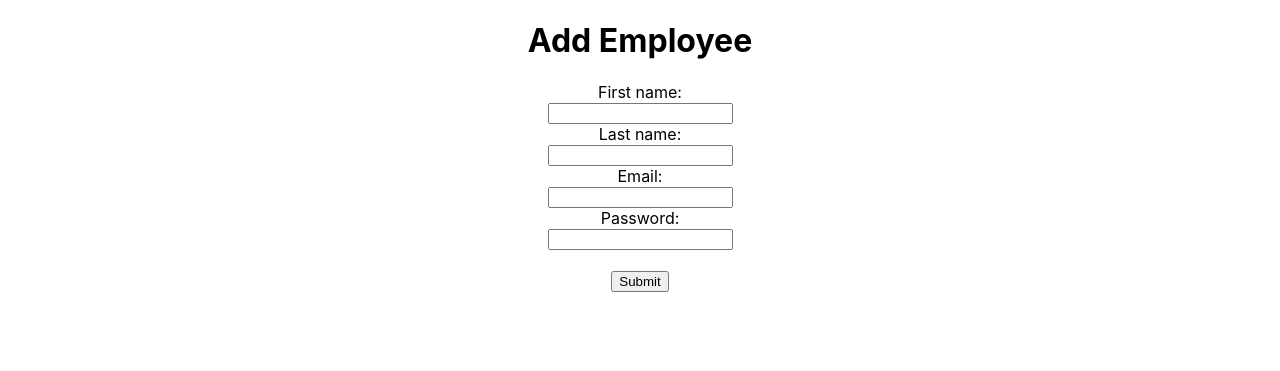
Repository: Biniyamkb/Evangadi-forum
Page: /addemployee (app in demoapp/frontend/)
An editor plug-in stored every save of this project. The page is shown before and after a run of saves, followed by the edit.
The browser window is 1280 px wide. The pictures show the whole page.
The project was rebuilt for these pictures with package versions that can differ from the ones it lists, and the page was loaded fresh each time. Also part of the build but not shown: demoapp/frontend/src/Pages/Home.js, demoapp/frontend/src/Pages/Login.js.

Above is the page before, as saved 2025-05-04 22:08:23.

### demoapp/frontend/src/index.js
import React from "react";
import ReactDOM from "react-dom/client";
import "./index.css";
import App from "./App";
import reportWebVitals from "./reportWebVitals";
//import the Router from react-router-dom
import { BrowserRouter } from "react-router-dom";
const root = ReactDOM.createRoot(document.getElementById("root"));
root.render(
  <React.StrictMode>
    <BrowserRouter>
      <App />
    </BrowserRouter>
  </React.StrictMode>
);

// If you want to start measuring performance in your app, pass a function
// to log results (for example: reportWebVitals(console.log))
// or send to an analytics endpoint. Learn more: https://bit.ly/CRA-vitals
reportWebVitals();

### demoapp/frontend/src/App.js
import "./App.css";
//import the Router from react-router-dom
import { Routes, Route } from "react-router";
import Home from "./Pages/Home";
import Login from "./Pages/Login";
import AddEmployee from "./Pages/AddEmployee";
function App() {
  return (
    <div className="App">
      <Routes>
        <Route path="/" element={<Home />} />
        <Route path="/addemployee" element={<AddEmployee />} />
        <Route path="/login" element={<Login />} />
      </Routes>
    </div>
  );
}

export default App;

### demoapp/frontend/src/Pages/AddEmployee.js
import React from "react";

function AddEmployee() {
  return (
    <div>
      <h1>Add Employee</h1>
      <form>
        <label htmlFor="fname">First name:</label>
        <br />
        <input type="text" id="fname" name="fname" />
        <br />
        <label htmlFor="lname">Last name:</label>
        <br />
        <input type="text" id="lname" name="lname" />
        <br />
        <label htmlFor="email">Email:</label>
        <br />
        <input type="email" id="email" name="email" />
        <br />
        <label htmlFor="password">Password:</label>
        <br />
        <input type="password" id="password" name="password" />
        <br /> <br/>

        <button type="submit">Submit</button>
      </form>
    </div>
  );
}

export default AddEmployee;

Loaded but not shown: demoapp/frontend/public/index.html (common file); demoapp/frontend/src/index.css (common file); demoapp/frontend/src/reportWebVitals.js (common file); demoapp/frontend/src/App.css (common file)

After the next 2 saves:
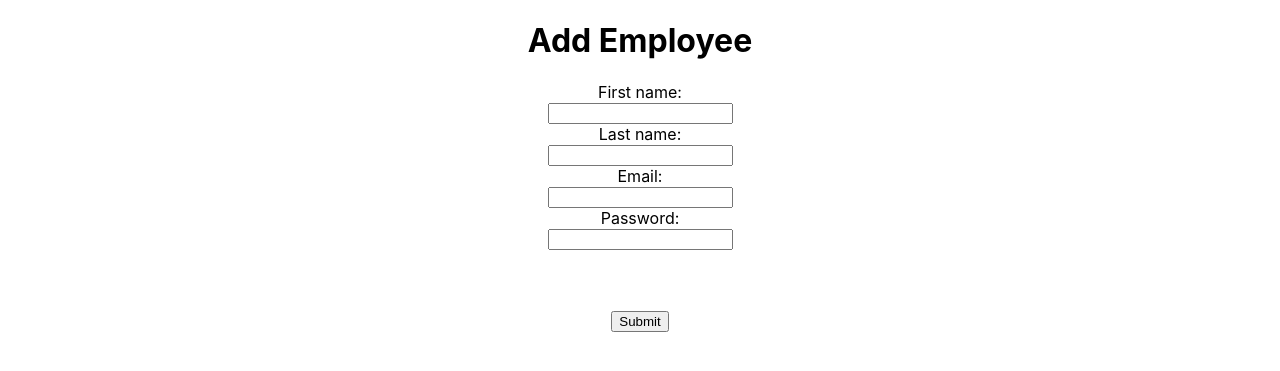
The 2 saves are shown as one change because they came seconds apart.
The last was saved 10 s later.
--- a/demoapp/frontend/src/Pages/AddEmployee.js
+++ b/demoapp/frontend/src/Pages/AddEmployee.js
@@ -20,8 +20,7 @@
         <label htmlFor="password">Password:</label>
         <br />
         <input type="password" id="password" name="password" />
-        <br /> <br/>
-
+        <br /> <br /> <br /> <br />
         <button type="submit">Submit</button>
       </form>
     </div>

After the save that followed:
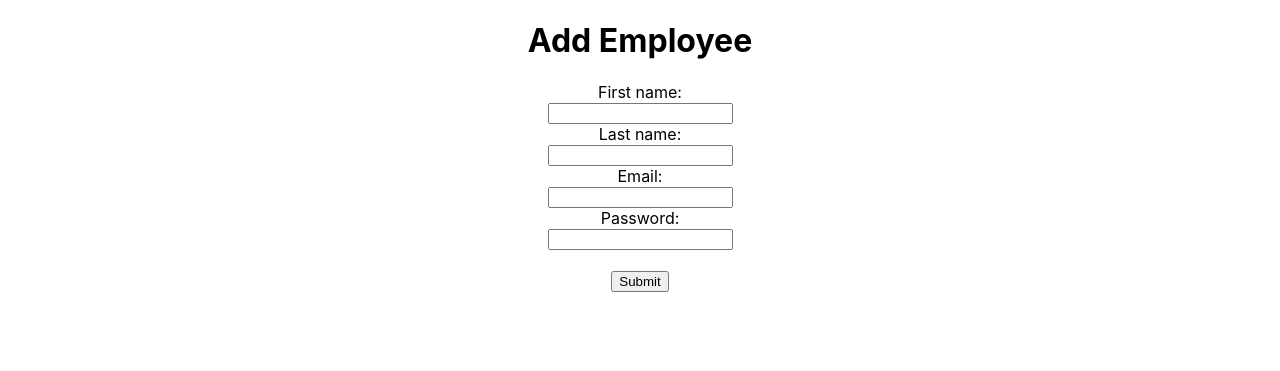
Saved 37 s later.
--- a/demoapp/frontend/src/Pages/AddEmployee.js
+++ b/demoapp/frontend/src/Pages/AddEmployee.js
@@ -20,7 +20,7 @@
         <label htmlFor="password">Password:</label>
         <br />
         <input type="password" id="password" name="password" />
-        <br /> <br /> <br /> <br />
+        <br /> <br />
         <button type="submit">Submit</button>
       </form>
     </div>
